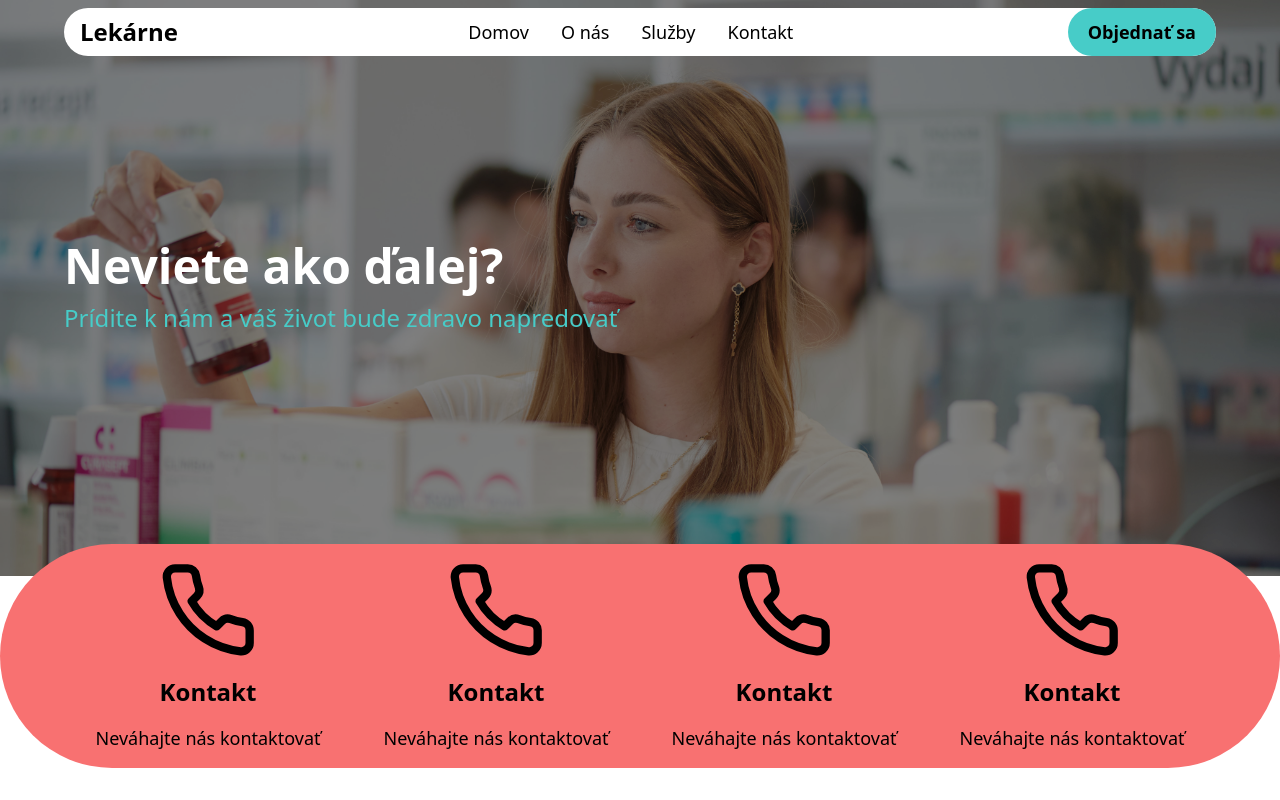
Repository: SimonSkoda13/Lekaren
Page: /
These files come from the project's save history. The page is drawn as it stood at one moment and after the next save; the edit follows.
The browser window is 1280 px wide. The pictures show the whole page.
The project was rebuilt for these pictures with package versions that can differ from the ones it lists, and the page was loaded fresh each time. The framework's server and built-in components were replaced by stand-ins that run in the browser. Also part of the build but not shown: next.config.js.

Above is the page before, as saved 2023-04-22 17:38:07.

### src/app/layout.tsx
import { Header } from "./components/Header/Header";
import "./globals.css";
import { Poppins } from "next/font/google";

export const metadata = {
  title: "Create Next App",
  description: "Generated by create next app",
};

export default function RootLayout({
  children,
}: {
  children: React.ReactNode;
}) {
  return (
    <html lang="en">
      <body className="bg-white min-h-[100vh]">
        <Header />
        <main>{children}</main>
        <footer></footer>
      </body>
    </html>
  );
}

### src/app/page.tsx
import Image from "next/image";
import { Inter } from "next/font/google";
import { HomeHero } from "./components/HomeHero/HomeHero";
import { Contact } from "./components/Contact/Contact";

const inter = Inter({ subsets: ["latin"] });

// page with

export default function Home() {
  return (
    <>
      <HomeHero
        title={"Neviete ako ďalej?"}
        image={"/homeBanner.jpg"}
        description={"Prídite k nám a váš život bude zdravo napredovať"}
      />
      <Contact
        items={[
          {
            title: "Kontakt",
            description: "Neváhajte nás kontaktovať",
            icon: "/contactIcon.svg",
          },
          {
            title: "Kontakt",
            description: "Neváhajte nás kontaktovať",
            icon: "/contactIcon.svg",
          },
          {
            title: "Kontakt",
            description: "Neváhajte nás kontaktovať",
            icon: "/contactIcon.svg",
          },
          {
            title: "Kontakt",
            description: "Neváhajte nás kontaktovať",
            icon: "/contactIcon.svg",
          },
        ]}
      />
    </>
  );
}

### src/app/components/Header/Header.tsx
import Link from "next/link";
import React from "react";

export interface HeaderProps {}

export const Header = (props: HeaderProps) => {
  const {} = props;
  return (
    <header className="cntn fixed w-full top-2 z-10">
      <div className="flex bg-white rounded-full">
        <h1 className="py-2 px-4 text-2xl font-bold">Lekárne</h1>
        <div className="py-2 px-4 flex gap-8 items-center mx-auto text-lg font-medium">
          <Link href="/">Domov</Link>
          <Link href="/onas">O nás</Link>
          <Link href="/sluzby">Služby</Link>
          <Link href="/kontakt">Kontakt</Link>
        </div>
        {/* button order self */}
        <div className="flex justify-center items-center px-5 p-0 bg-primary rounded-full text-lg font-bold">
          <Link href="/order">Objednať sa</Link>
        </div>
      </div>
    </header>
  );
};

### src/app/globals.css
@tailwind base;
@tailwind components;
@tailwind utilities;

@layer components {
  .cntn {
    @apply mx-auto px-4  max-w-screen-xl md:px-16;
  }
}

### src/app/components/HomeHero/HomeHero.tsx
import Image from "next/image";
import React from "react";
import { ImageGradient } from "./ImageGradient/ImageGradient";

export interface HomeHeroProps {
  title: string;
  image: string;
  description: string;
}

export const HomeHero = (props: HomeHeroProps) => {
  const { title, image, description } = props;
  return (
    <section className="relative h-[80vh] z-0 px-0">
      <div className="w-full h-full absolute left-0 top-0 ">
        {/* make filter for image to odd brightness from top biggest to bottom lowest */}
        <ImageGradient>
          <Image
            src={image}
            alt="Next.js logo"
            fill
            style={{
              objectFit: "cover",
              objectPosition: "center",
            }}
          />
        </ImageGradient>
      </div>
      <div className="cntn relative gap-3 h-full flex justify-center flex-wrap flex-col z-10">
        <h1 className="text-5xl font-bold text-white">{title}</h1>
        <p className="text-2xl text-primary">{description}</p>
      </div>
    </section>
  );
};

### src/app/components/Contact/Contact.tsx
import { Phone } from "lucide-react";
import Image from "next/image";
import React from "react";

export interface ContactProps {
  items?: {
    title: string;
    description: string;
    icon: string;
  }[];
}

export const Contact = (props: ContactProps) => {
  const { items } = props;
  return (
    <section className="cntn z-10 relative w-full min-h top-[-2rem] grid grid-cols-2 md:grid-cols-4 items-start bg-red-400 rounded-full">
      {items?.map((item) => (
        <div className="flex flex-col items-center gap-4 p-4">
          {/* <Image
            src={item.icon}
            alt={"contactIcon" + item.title}
            width={100}
            height={100}
          /> */}
          <Phone size={100} />
          <h2 className="text-2xl font-bold">{item.title}</h2>
          <p className="text-lg font-medium">{item.description}</p>
        </div>
      ))}
    </section>
  );
};

### src/app/components/HomeHero/ImageGradient/ImageGradient.tsx
import React from "react";

export interface ImageGradientProps {
  children: React.ReactNode;
}

export const ImageGradient = (props: ImageGradientProps) => {
  const { children } = props;
  return (
    <div className="relative w-full h-full brightness-50 overflow-hidden z-10">
      <div className="absolute inset-0 z-10"></div>
      {children}
    </div>
  );
};

### tailwind.config.js
/** @type {import('tailwindcss').Config} */
module.exports = {
  content: [
    "./src/pages/**/*.{js,ts,jsx,tsx,mdx}",
    "./src/components/**/*.{js,ts,jsx,tsx,mdx}",
    "./src/app/**/*.{js,ts,jsx,tsx,mdx}",
  ],
  theme: {
    extend: {
      colors: {
        primary: "#47CCC8",
        secondary: "#2D3663",
      },
    },
  },
  plugins: [],
};

After the next save:
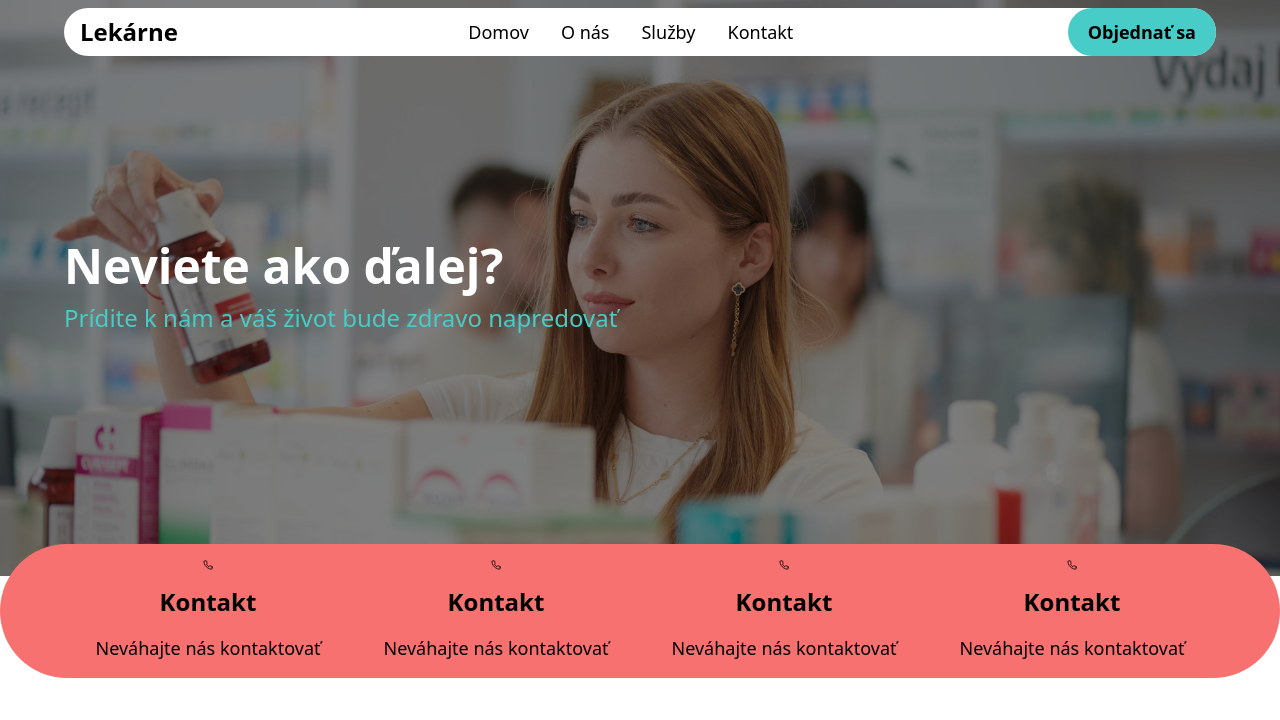
Saved 12 s later.
--- a/src/app/components/Contact/Contact.tsx
+++ b/src/app/components/Contact/Contact.tsx
@@ -22,7 +22,7 @@ export const Contact = (props: ContactProps) => {
             width={100}
             height={100}
           /> */}
-          <Phone size={100} />
+          <Phone size={10} />
           <h2 className="text-2xl font-bold">{item.title}</h2>
           <p className="text-lg font-medium">{item.description}</p>
         </div>
